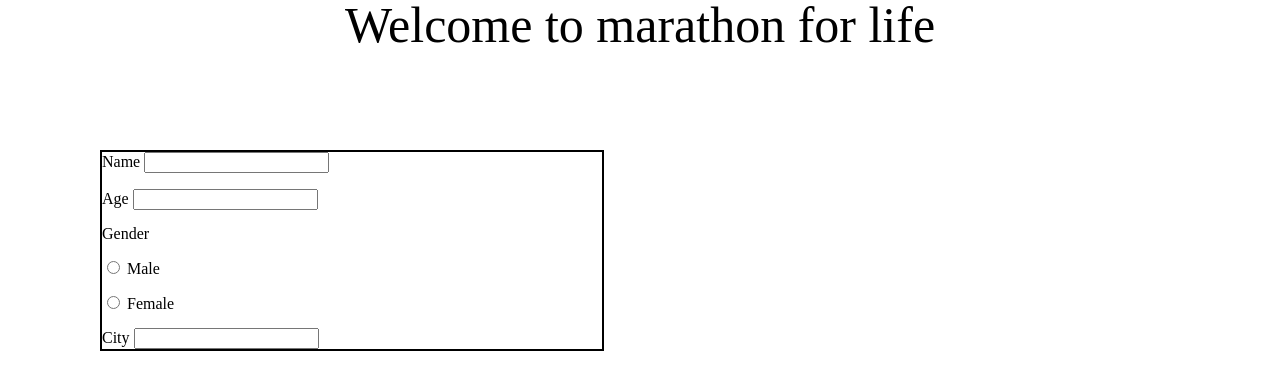
Repository: Razan-am/exam-practice
Page: marathon.html
The author's editor kept a copy of each file at every save. The page is drawn from the files as they stood at one save, then again after the next save.
The browser window is 1280 px wide. The pictures show the whole page.

Above is the page before, as saved 2021-05-31 14:31:24.
Console error: SyntaxError: Unexpected token '('

### marathon.html
<!DOCTYPE html>
<html lang="en">
<head>
    <meta charset="UTF-8">
    <meta http-equiv="X-UA-Compatible" content="IE=edge">
    <meta name="viewport" content="width=device-width, initial-scale=1.0">
    <title>marathon</title>
    <link rel="stylesheet" href="css/reset.css">
    <link rel="stylesheet" href="css/style.css">
</head>
<body>
    <header>
        <h1>Welcome to marathon for life</h1>
    </header>
    <main>
        <form action="" id="myForm">
            <fieldset>
            <label for="name">Name</label>
            <input type="text" id="name" name="name">
            <br/> <br/>
            <label for="age">Age</label>
            <input type="number" id="age" name="age">
            <br/><br/>
            <label for="">Gender</label>
            <br/><br/>
            <input type="radio" id="male" name="gender" value="male">
            <label for="gender">Male</label>
            <br/><br/>
            <input type="radio" id="female" name="gender" value="female">
            <label for="gender">Female</label>
            <br/><br/>
            <label for="city">City</label>
            <input type="text" id="city" name="city">
        </fieldset>
        </form>
        <div>
            <table id="myTable"></table>
        </div>
        <div id="countainer"></div>
    </main>
    <footer></footer>
    <script src="js/marathon.js"></script>
</body>
</html>

### css/style.css
h1{
    text-align: center;
    font-size: 50px;
    margin-bottom: 100px;
}

form{
    margin-left: 100px;
    margin-bottom: 100px;

}
fieldset{
    display: inline-block;
    border: 2px solid black;
    width: 500px;
}

table {
    margin-left: 250px;
}
th{
    padding-left: 20px;
}
td{
    padding-left: 20px;
}

### js/marathon.js
'use strict';

let myForm = document.getElementById('myForm');
let myTable = document.getElementById('myTable');
let countainer = document.getElementById('countainer');

let mainArr = [];
let Marathon (name,age,gender,city){
    this.name = name;
    this.age = age;
    this.gender = gender;
    this.city = city;
    mainArr.push(this);
}

function randomNumber(min,max) {
    return Math.floor(Math.random() * (max - min + 1)) + min;
}

Loaded but not shown: css/reset.css (common file)

After the next save:
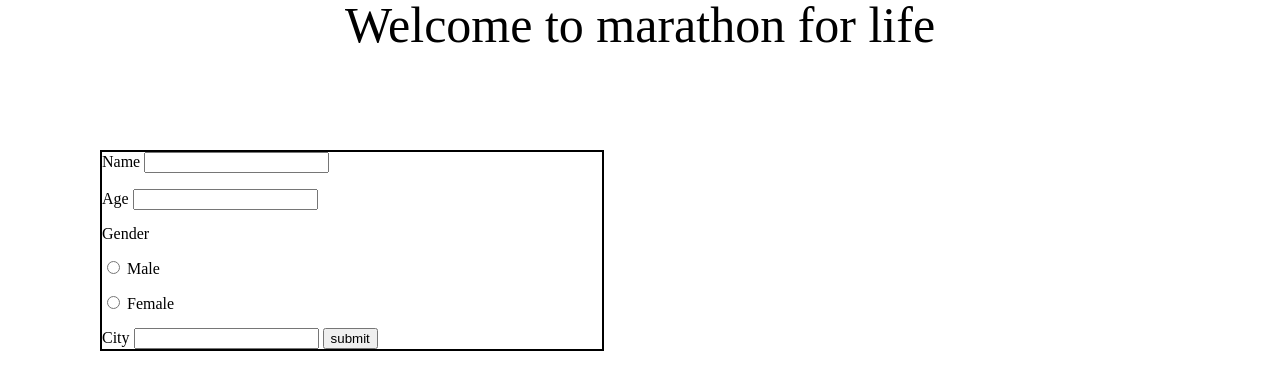
Saved 42 s later.
--- a/marathon.html
+++ b/marathon.html
@@ -31,6 +31,7 @@
             <br/><br/>
             <label for="city">City</label>
             <input type="text" id="city" name="city">
+            <input type="submit" value="submit">
         </fieldset>
         </form>
         <div>
